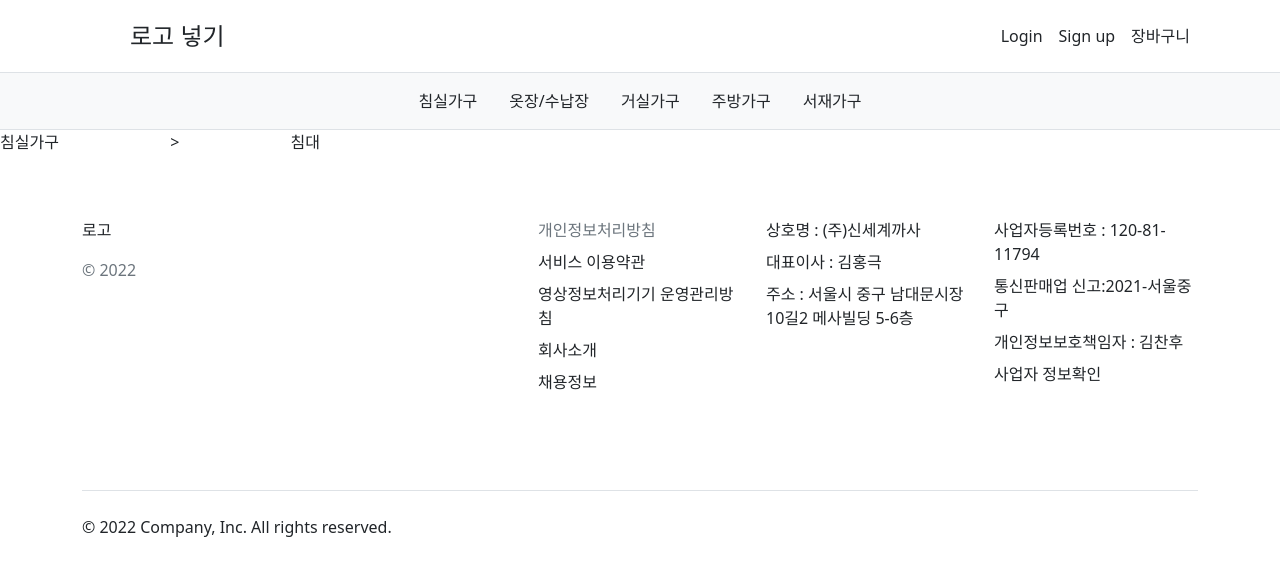
Repository: raoniee/Elice-House-Project
Page: FE/views/pages/main/item-list.html
These files come from the project's save history. The page is drawn as it stood at one moment and after the next save; the edit follows.
The browser window is 1280 px wide. The pictures show the whole page.

Above is the page before, as saved 2023-07-06 13:21:17.

After the next save:
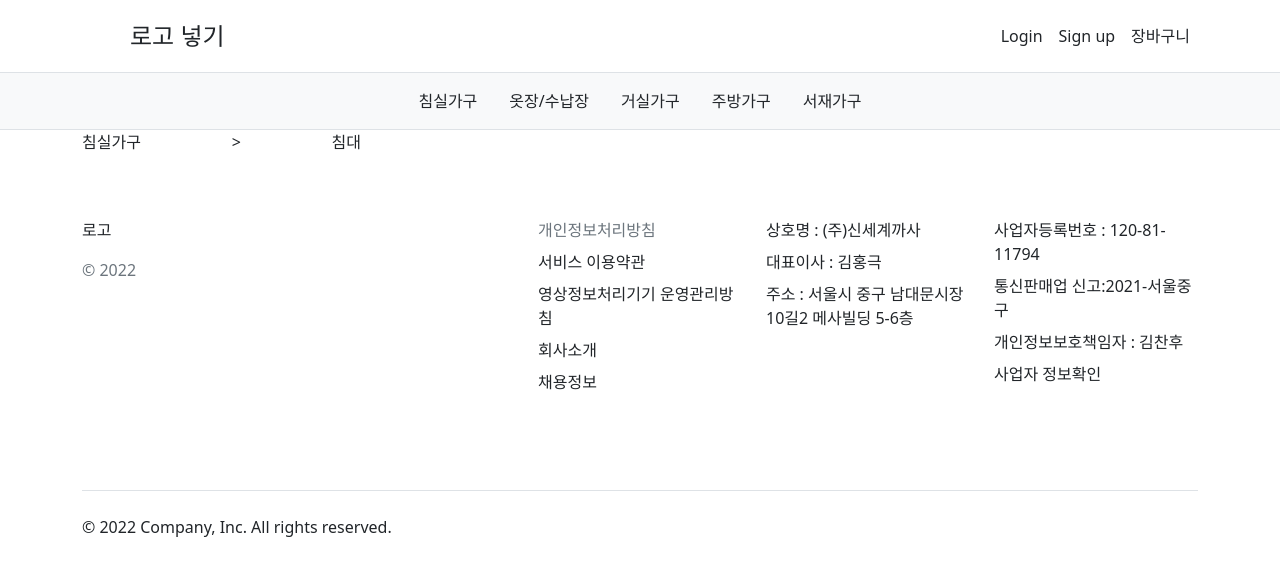
Saved 66 s later.
--- a/FE/views/pages/main/item-list.html
+++ b/FE/views/pages/main/item-list.html
@@ -29,14 +29,16 @@
     </header>
 
     <main>
-      <div class="menu_bar w-25 d-flex justify-content-between">
-        <p class="menu-depth1">침실가구</p>
-        <p class="arrow">></p>
-        <p class="menu-depth2">침대</p>
-        <!-- menu_bar template로 삽입 -->
-      </div>
-      <div class="item_list">
-        <!-- item_list_card template로 삽입 -->
+      <div class="container">
+        <div class="menu_bar w-25 d-flex justify-content-between">
+          <p class="menu-depth1">침실가구</p>
+          <p class="arrow">></p>
+          <p class="menu-depth2">침대</p>
+          <!-- menu_bar template로 삽입 -->
+        </div>
+        <div class="item_list">
+          <!-- item_list_card template로 삽입 -->
+        </div>
       </div>
     </main>
 
